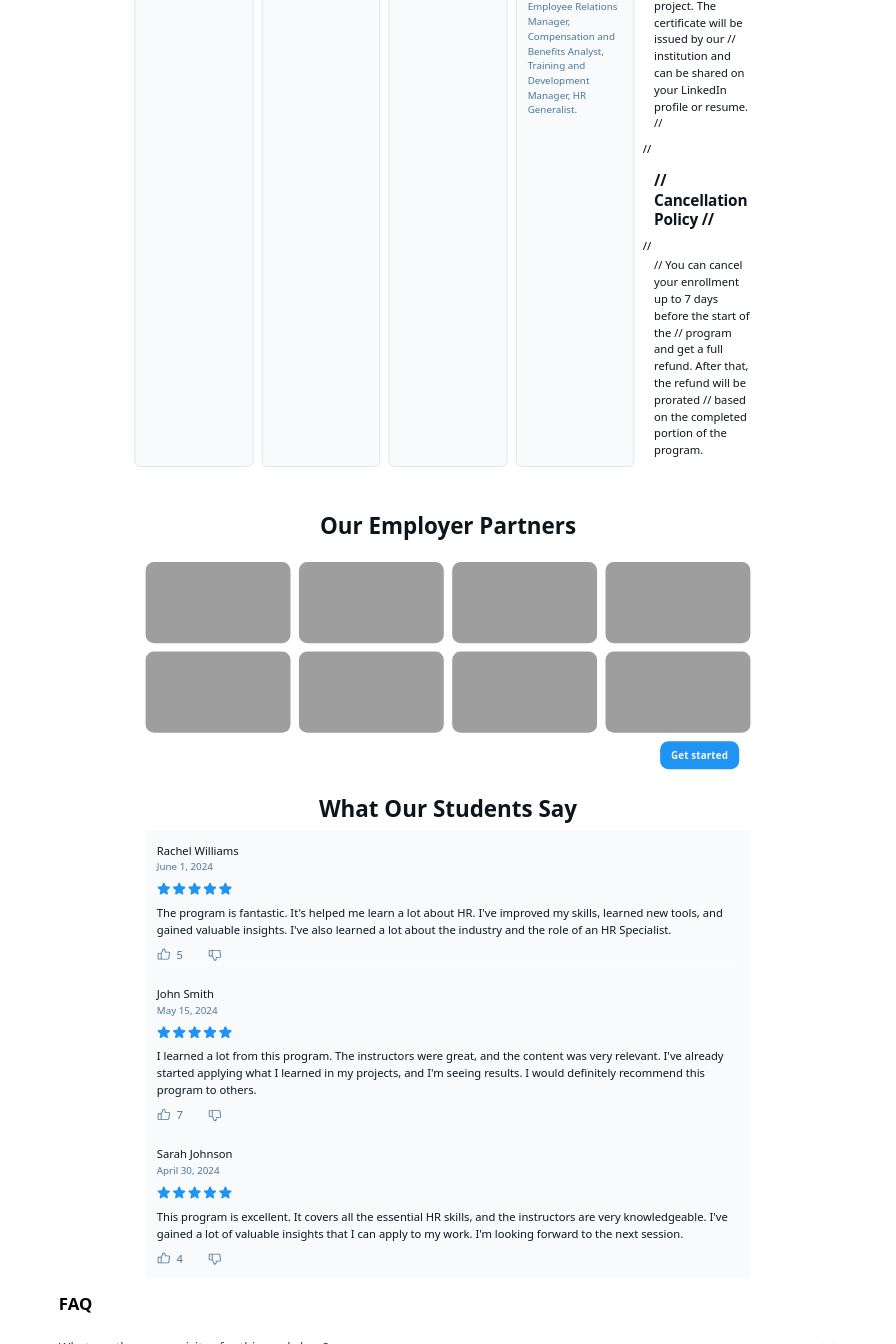
Repository: DhOMNE/HR
Page: /
The author's editor kept a copy of each file at every save. The page is drawn from the files as they stood at one save, then again after a run of saves.
The browser window is 1280 px wide. The pictures show the part of the page from y = 1567 to 3487 px (the page is 4692 px tall before and 4640 px after), at 70% of full size.
Pictures or frames that could not be fetched are drawn as grey boxes. The project was rebuilt for these pictures with package versions that can differ from the ones it lists, and the page was loaded fresh each time.

Above is the page before, as saved 2024-08-26 11:09:19.

After the next 7 saves:
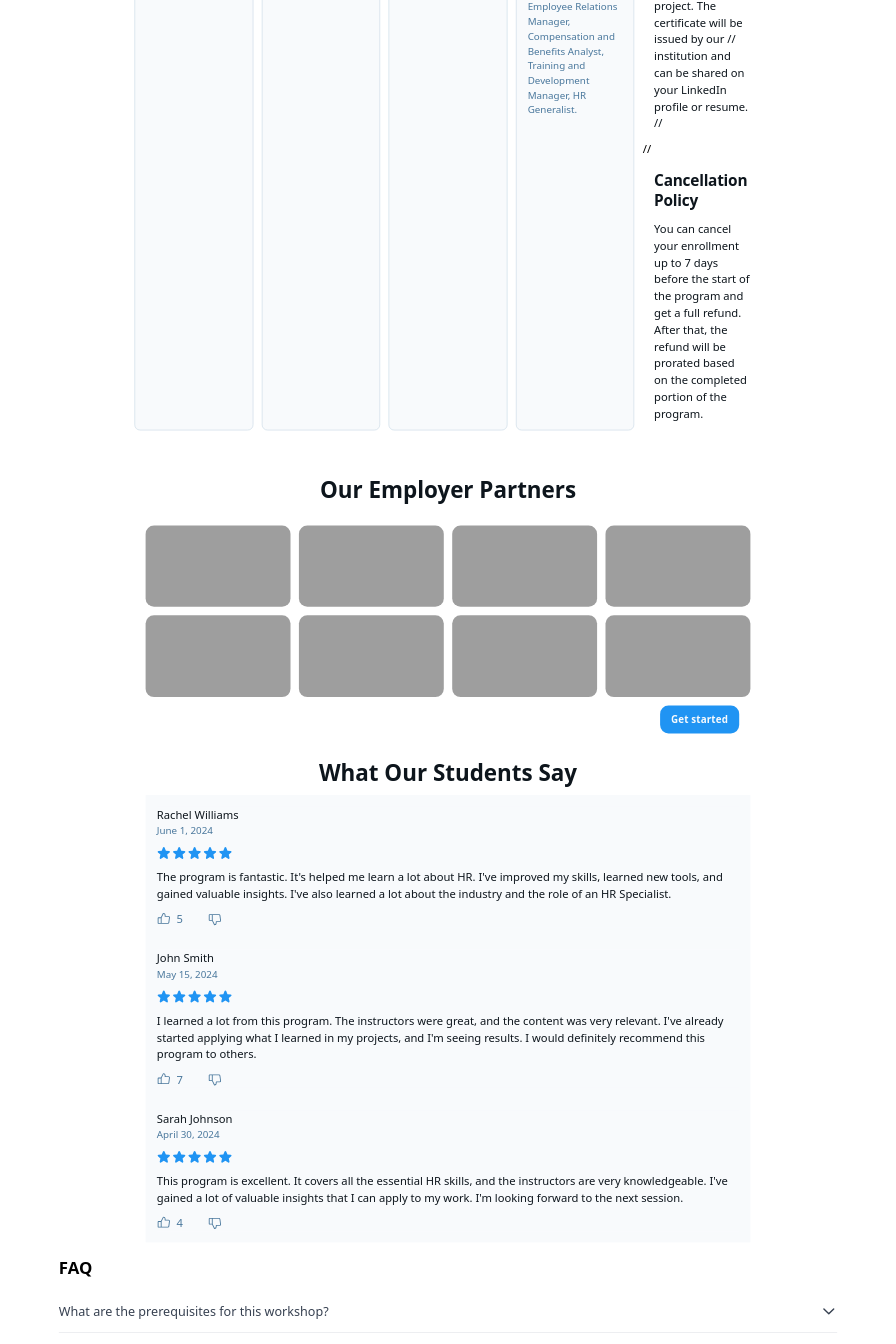
The 7 saves are shown as one change because they came seconds apart.
The last was saved 14 s later.
--- a/src/Componenets/Benefitdesigner.jsx
+++ b/src/Componenets/Benefitdesigner.jsx
@@ -224,12 +224,12 @@ function Benefitdesigner() {
     //       institution and can be shared on your LinkedIn profile or resume.
     //     </p>
     //     <h2 class="text-[#0d151c] text-[22px] font-bold leading-tight tracking-[-0.015em] px-4 pb-3 pt-5">
-    //       Cancellation Policy
-    //     </h2>
-    //     <p class="text-[#0d151c] text-base font-normal leading-normal pb-3 pt-1 px-4">
-    //       You can cancel your enrollment up to 7 days before the start of the
-    //       program and get a full refund. After that, the refund will be prorated
-    //       based on the completed portion of the program.
+          Cancellation Policy
+         </h2>
+         <p class="text-[#0d151c] text-base font-normal leading-normal pb-3 pt-1 px-4">
+           You can cancel your enrollment up to 7 days before the start of the
+          program and get a full refund. After that, the refund will be prorated
+           based on the completed portion of the program.
          </p>
       </div>
               </div>
